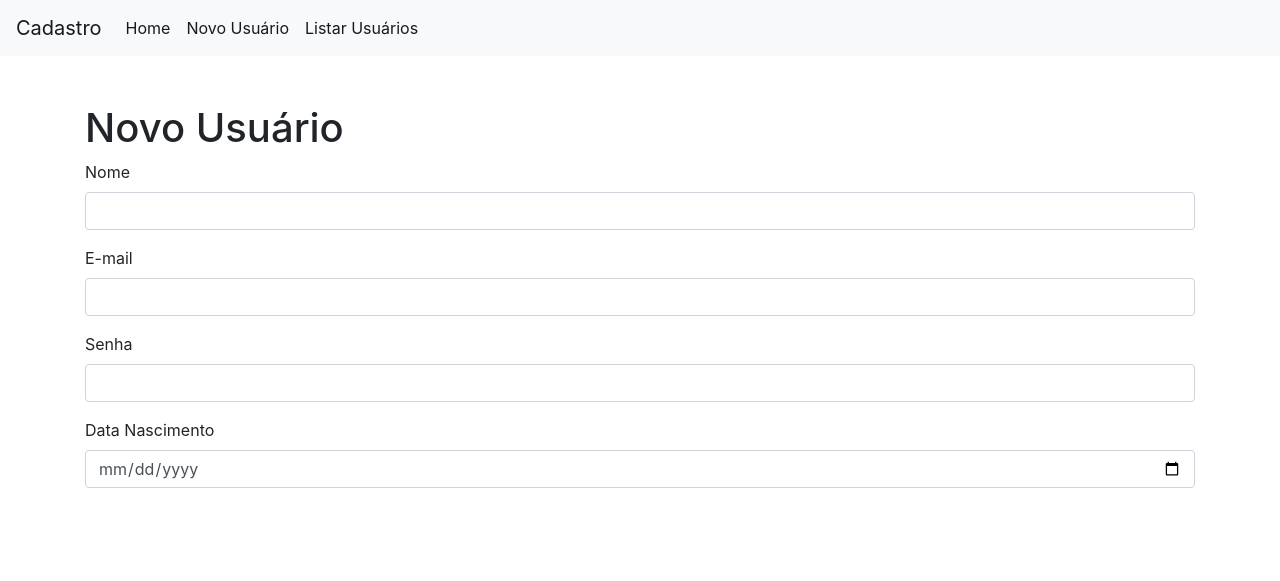
Repository: stefanosousaa/crud-php
Page: http://localhost/?page=novo
These files come from the project's save history. The page is drawn as it stood at one moment and after the next save; the edit follows.
The browser window is 1280 px wide. The pictures show the whole page.
The page is run by PHP 8.4 with error messages shown; the project is at /var/www/html/.

Above is the page before, as saved 2023-05-24 22:01:13.

### index.php
<!DOCTYPE html>
<html lang="pt-br">
  <head>
    <!-- Meta tags Obrigatórias -->
    <meta charset="utf-8">
    <meta name="viewport" content="width=device-width, initial-scale=1, shrink-to-fit=no">

    <!-- Bootstrap CSS -->
    <link rel="stylesheet" href="https://stackpath.bootstrapcdn.com/bootstrap/4.1.3/css/bootstrap.min.css" integrity="sha384-MCw98/SFnGE8fJT3GXwEOngsV7Zt27NXFoaoApmYm81iuXoPkFOJwJ8ERdknLPMO" crossorigin="anonymous">

    <title>Olá, mundo!</title>
  </head>
  <body>
  <nav class="navbar navbar-expand-lg navbar-light bg-light">
  <a class="navbar-brand" href="#">Cadastro</a>
  <button class="navbar-toggler" type="button" data-toggle="collapse" data-target="#navbarNav" aria-controls="navbarNav" aria-expanded="false" aria-label="Alterna navegação">
    <span class="navbar-toggler-icon"></span>
  </button>
  <div class="collapse navbar-collapse" id="navbarNav">
    <ul class="navbar-nav">
    <li class="nav-item active">
        <a class="nav-link" href="index.php">Home </a>
      </li>
      <li class="nav-item active">
        <a class="nav-link" href="?page=novo">Novo Usuário </a>
      </li>
      <li class="nav-item active">
        <a class="nav-link" href="?page=listar">Listar Usuários</a>
      </li>

    </ul>
  </div>
</nav>

<div class="container">
    <div class="row">
       <div class="col mt-5">
    <?php
    include("config.php");
    switch(@$_REQUEST["page"]){
       case "novo" :
        include("novo-usuario.php");
        break;
       case "listar" :
        include("listar-usuario.php");
        break;
       default:
        print "<h1> Bem vindos!</h1>";
    }

?>
       </div>
    </div>
</div>




    <!-- JavaScript (Opcional) -->
    <!-- jQuery primeiro, depois Popper.js, depois Bootstrap JS -->
    <script src="https://code.jquery.com/jquery-3.3.1.slim.min.js" integrity="sha384-q8i/X+965DzO0rT7abK41JStQIAqVgRVzpbzo5smXKp4YfRvH+8abtTE1Pi6jizo" crossorigin="anonymous"></script>
    <script src="https://cdnjs.cloudflare.com/ajax/libs/popper.js/1.14.3/umd/popper.min.js" integrity="sha384-ZMP7rVo3mIykV+2+9J3UJ46jBk0WLaUAdn689aCwoqbBJiSnjAK/l8WvCWPIPm49" crossorigin="anonymous"></script>
    <script src="https://stackpath.bootstrapcdn.com/bootstrap/4.1.3/js/bootstrap.min.js" integrity="sha384-ChfqqxuZUCnJSK3+MXmPNIyE6ZbWh2IMqE241rYiqJxyMiZ6OW/JmZQ5stwEULTy" crossorigin="anonymous"></script>
  </body>
</html>

### config.php
<?php
   define('HOST' , 'localhost');
   define('USER' , 'root');
   define('PASS' , '');
   define('BASE' , 'cadastro');

   $conn = new MySQLi(HOST,USER,PASS,BASE);

### novo-usuario.php
<h1>Novo Usuário</h1>
<form>
    <div class="mb-3">
        <label>Nome</label>
        <input type="text" name="nome"class="form-control"/>
    </div>
    <div class="mb-3">
        <label>E-mail</label>
        <input type="email" name="email"class="form-control"/>
    </div>
    <div class="mb-3">
        <label>Senha</label>
        <input type="password" name="senha"class="form-control"/>
    </div>
    <div class="mb-3">
        <label>Data Nascimento</label>
        <input type="date" name="data_nasc"class="form-control"/>
    </div>
</form>

After the next save:
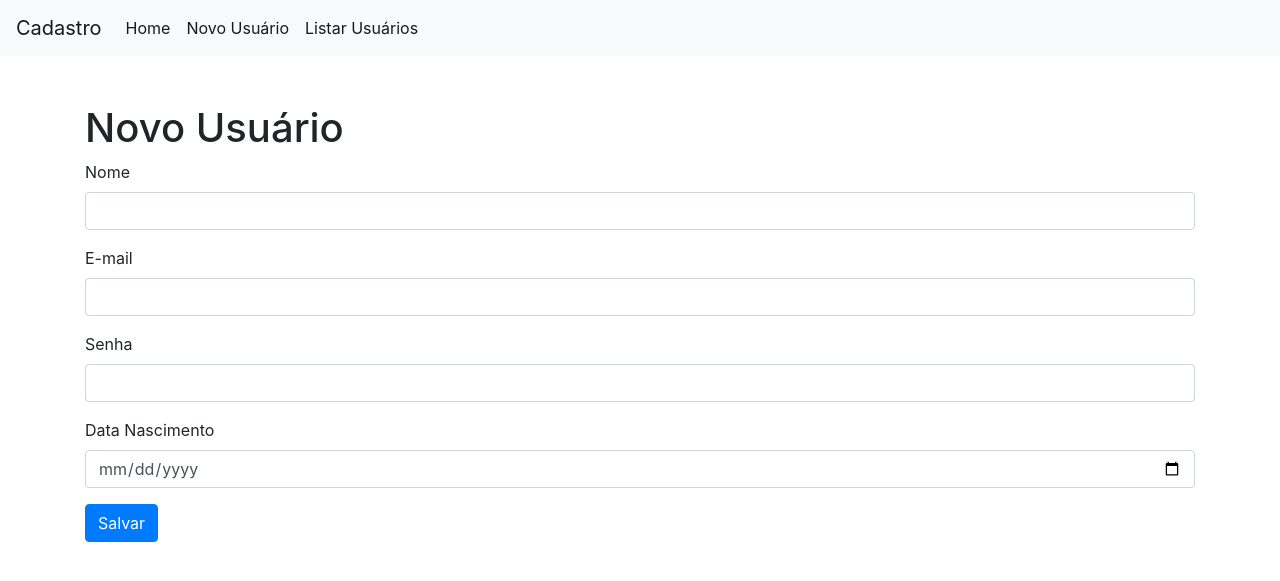
Saved 100 s later.
--- a/novo-usuario.php
+++ b/novo-usuario.php
@@ -16,4 +16,7 @@
         <label>Data Nascimento</label>
         <input type="date" name="data_nasc"class="form-control"/>
     </div>
+    <div class="mb-3">
+        <button type="submit" class="btn btn-primary">Salvar</button>
+    </div>
 </form>
